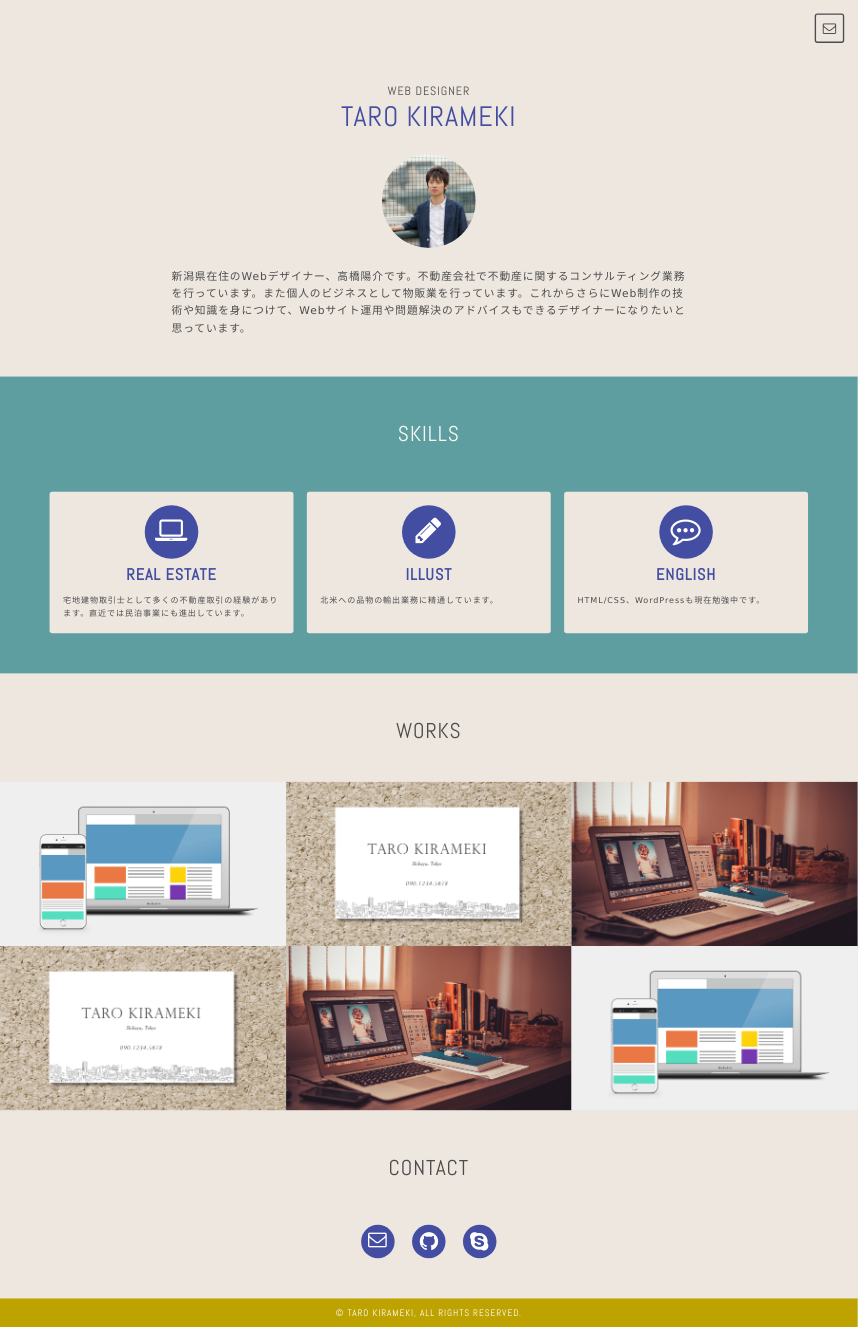
Repository: ysktkhs/responsive-site
Page: environment/portfolio/index.html
The author's editor kept a record of every edit. The page is drawn from the files as they stood at one moment, then again after the next edit.
The browser window is 1280 px wide. The pictures show the whole page, at 67% of full size.
Some web libraries are served in a nearby version.

Above is the page before.

### environment/portfolio/index.html
<!DOCTYPE html>
<html lang="ja">

<head>
    <meta charset="utf-8">
    <title>Web Designer - Yosuke Takahashi</title>
    <meta name="description" content="Webデザイナー 高橋陽介のポートフォリオサイトです。東京を中心に活動しています。">
    <meta name="keywords" content="Web, デザイン, デザイナー, ポートフォリオ, Web制作">
    <link rel="stylesheet" href="https://cdnjs.cloudflare.com/ajax/libs/meyer-reset/2.0/reset.css">
    <link rel="stylesheet" href="./css/style.css">
    <link rel="stylesheet" href="https://maxcdn.bootstrapcdn.com/font-awesome/4.7.0/css/font-awesome.min.css">
</head>

<body>
    <header>
        <a href="#contact" class="button-contact"><i class="fa fa-envelope-o" aria-label="お問い合わせ"></i></a>
        <div class="profile">
            <h1 class="site-title abel uppercase text-center">Web Designer <span>Taro Kirameki</span></h1>
            <img src="./images/img_profile.jpg" alt="プロフィール写真" width="140" height="140" class="block-center profile-icon">

            <p>新潟県在住のWebデザイナー、高橋陽介です。不動産会社で不動産に関するコンサルティング業務を行っています。また個人のビジネスとして物販業を行っています。これからさらにWeb制作の技術や知識を身につけて、Webサイト運用や問題解決のアドバイスもできるデザイナーになりたいと思っています。</p>
        </div>
    </header>
    <main>
        <section id="skills">
            <h2 class="text-center">Skills</h2>
            <div class="container">
                <div class="skill-box">
                    <i aria-hidden="true" class="skill-icon fa fa-laptop"></i>
                    <h3 class="text-center">Real Estate</h3>
                    <p>宅地建物取引士として多くの不動産取引の経験があります。直近では民泊事業にも進出しています。</p>
                </div>
                <div class="skill-box">
                    <i aria-hidden="true" class="skill-icon fa fa-pencil"></i>
                    <h3 class="text-center">Illust</h3>
                    <p>北米への品物の輸出業務に精通しています。</p>
                </div>
                <div class="skill-box">
                    <i aria-hidden="true" class="skill-icon fa fa-commenting-o"></i>
                    <h3 class="text-center">English</h3>
                    <p>HTML/CSS、WordPressも現在勉強中です。</p>
                </div>

            </div>
        </section>
        <section id="works">
            <h2 class="text-center">Works</h2>
            <div class="works-box">
                <a href="#">
                <img src="./images/img_work_site.png" alt="株式会社きらめき コーポレートサイト様 Webサイトデザイン">
                <div class="works-box-inner">
                    <div class="text-center">
                        <h3>株式会社きらめき コーポレートサイト</h3>
                        <small>2016.04.20</small>
                        <span class="button-readmore">Read More</span>
                    </div>
                </div>
            </a>
            </div>
            <div class="works-box">
                <a href="#">
                <img src="./images/img_work_card.jpg" alt="きらめき太郎様 名刺デザイン">
                <div class="works-box-inner">
                    <div class="text-center">
                        <h3>きらめき太郎様 名刺</h3>
                        <small>2016.04.20</small>
                        <span class="button-readmore">Read More</span>
                    </div>
                </div>
            </a>
            </div>
            <div class="works-box">
                <a href="#">
                <img src="./images/img_work_blog.jpg" alt="WordPressオリジナルテーマ">
                <div class="works-box-inner">
                    <div class="text-center">
                        <h3>ブログデザイン</h3>
                        <small>2016.04.20</small>
                        <span class="button-readmore">Read More</span>
                    </div>
                </div>
            </a>
            </div>
            <div class="works-box">
                <a href="#">
                <img src="./images/img_work_card.jpg" alt="きらめき太郎様 名刺デザイン">
                <div class="works-box-inner">
                    <div class="text-center">
                        <h3>きらめき太郎様 名刺</h3>
                        <small>2016.04.20</small>
                        <span class="button-readmore">Read More</span>
                    </div>
                </div>
            </a>
            </div>
            <div class="works-box">
                <a href="#">
                <img src="./images/img_work_blog.jpg" alt="WordPressオリジナルテーマ">
                <div class="works-box-inner">
                    <div class="text-center">
                        <h3>ブログデザイン</h3>
                        <small>2016.04.20</small>
                        <span class="button-readmore">Read More</span>
                    </div>
                </div>
            </a>
            </div>
            <div class="works-box">
                <a href="#">
                <img src="./images/img_work_site.png" alt="株式会社きらめき コーポレートサイト様 Webサイトデザイン">
                <div class="works-box-inner">
                    <div class="text-center">
                        <h3>株式会社きらめき コーポレートサイト</h3>
                        <small>2016.04.20</small>
                        <span class="button-readmore">Read More</span>
                    </div>
                </div>
            </a>
            </div>

        </section>
        <section id="contact">
            <h2 class="text-center">Contact</h2>
            <ul>
          <li><a href="mailto:xxx@techacademy.jp"><i aria-label="メール" class="fa fa-envelope-o"></i></a></li>
          <li class="github"><a href="#"><i aria-label="GitHub" class="fa fa-github"></i></a></li>
          <li class="skype"><a href="#"><i aria-label="Skype" class="fa fa-skype"></i></a></li>
        </ul>
        </section>
    </main>
    <footer>
         <small class="text-center abel uppercase">&copy; Taro Kirameki, All Rights Reserved.</small>
    </footer>
</body>

</html>

### environment/portfolio/css/style.css
/* 文字コードの指定
------------------------------------------------------------*/
@charset "UTF-8";

/* Google Fonts用のCSSを読み込み
------------------------------------------------------------*/
@import 'https://fonts.googleapis.com/css?family=Abel';
body {
    font-family: 'Abel', sans-serif;
}
html
{
    font-size: 62.5%; /* ベースとなるフォントサイズの定義 */
}

body
{
    font-family: '游ゴシック', YuGothic, 'メイリオ', Verdana, 'Hiragino Kaku Gothic ProN', Meiryo, sans-serif; /* フォントの種類 */
    font-size: 1.4rem; /* フォントサイズ */
    line-height: 1.6; /* 行間 */

    letter-spacing: .1em;　/* 文字間隔 */

    color: #4c4c4c; /* 文字色 */
    background-color: #eee7e0; /* 背景色 */
}
html /* root */
{
    font-size: 62.5%; /* =10px =100% */
}

body {
 /* すべて14px
------------------------------------------------------------*/
    font-size: 14px;
    font-size: 140%;
    font-size: 1.4em;
    font-size: 1.4rem;
}

h1 {
    font-size: 20px; /* そのまま20px */
    font-size: 200%; /* 親要素bodyの14pxを基準に200% =28px */
    font-size: 2em; /* 親要素bodyの14pxを基準に2倍 =28px */
    font-size: 2rem; /* rootの10pxを基準に2倍 =20px */
}

div {
    font-size: 12px; /* そのまま12px */
    font-size: 120%; /* 親要素bodyの14pxを基準に120% =16.8px(約17px) */
    font-size: 1.2em; /* 親要素bodyの14pxを基準に1.2倍 =16.8px(約17px) */
    font-size: 1.2rem; /* rootの10pxを基準に1.2倍 =12px */
}
div p {
    font-size: 12px; /* そのまま12px */
    font-size: 120%; /* 親要素divの17pxを基準に120% =20.4px(約20px) */
    font-size: 1.2em; /* 親要素divの17pxを基準に1.2倍 =20.4px(約20px) */
    font-size: 1.2rem; /* rootの10pxを基準に1.2倍 =12px */
}
body {
    color: #4c4c4c; /* 文字色 */
    background-color: #eee7e0; /* 背景色 */
}
.button-contact
{
    font-size: 20px; /* フォントサイズ */
    line-height: 0; /* 行の高さ */

    display: block; /* ブロック要素のように扱う */
    float: right; /* 要素を右寄せ */

    width: 20px; /* 幅 */
    height: 20px; /* 高さ */
    margin: 20px 20px 0 0; /* 要素の外側の余白 */
    padding: 10px; /* 要素の内側の余白 */

    text-align: center; /* テキストの中央寄せ */

    color: #4c4c4c; /* 文字色 */
    border: 2px solid #4c4c4c; /* ボーダー */
    -webkit-border-radius: 4px; /* 角丸 */
       -moz-border-radius: 4px;
            border-radius: 4px;
}
.uppercase,
section h2,
#skills h3,
#works .works-box a .works-box-inner .button-readmore
{
    text-transform: uppercase;
}
.text-center {
    text-align: center;
}
.abel {
    font-family: 'Abel', sans-serif; /* Google Fontsの指定 */
}


header .profile
{
    clear: both; /* 上のメールボタンのfloatを解除 */

    width: 60%;
    margin: 0 auto; /* ボックスを中央寄せ */
    padding: 60px 0;
}
header .site-title
{
    font-size: 1.8rem;
    line-height: normal;
}
header .site-title span
{
    font-size: 4.2rem;

    display: block;

    color: #434da2;
}
.block-center {
    display: block;
    margin-left: auto;
    margin-right: auto;
}


header .profile-icon
{
    margin: 30px auto;

    -webkit-border-radius: 50%;
       -moz-border-radius: 50%;
            border-radius: 50%;
}
header p
{
    font-size: 1.6rem;
}
section
{
    padding: 60px 0; /* section要素の余白を上下60pxで揃える */
}
section .container
{
    width: 90%; /* sectionの中のインナーボックスをウィンドウ幅に対して90%に */
}
section h2
{
    font-size: 3.2rem;/* section要素見出しを32pxで揃える */
}
.block-center,
section .container
{
    display: block;

    margin-right: auto;
    margin-left: auto;
}

.abel,
section h2
{
    font-family: 'Abel', sans-serif;
}

.uppercase,
section h2
{
    text-transform: uppercase;
}
#skills
{
    background-color: #5f9ea0;
}
#skills .container
{
    display: -webkit-flex;
    display:         flex;

    justify-content: space-between;
}
#skills h2
{
    margin-bottom: 60px;
    color: #fdfcf6;
}
#skills .skill-box
{
    -webkit-box-sizing: border-box;
       -moz-box-sizing: border-box;
            box-sizing: border-box;
    -webkit-flex: 1;
            flex: 1;
    margin: 0px 10px;
    padding: 20px;

    -webkit-border-radius: 4px;
       -moz-border-radius: 4px;
            border-radius: 4px;
    background-color: #eee7e0;
}
#skills i
{
    font-size: 4.5rem;

    -webkit-box-sizing: border-box;
       -moz-box-sizing: border-box;
            box-sizing: border-box;
    width: 80px;
    height: 80px;
    margin-bottom: 5px;
    padding-top: 15px;

    text-align: center;

    color: #fff;
    -webkit-border-radius: 50%;
       -moz-border-radius: 50%;
            border-radius: 50%;
    background-color: #434da2;
}
#skills h3
{
    font-size: 2.4rem;
    font-weight: bold;

    margin-bottom: 10px;

    color: #434da2;
}
.block-center,
section .container,
#skills i
{
    display: block;

    margin-right: auto;
    margin-left: auto;
}
#works
{
    padding-bottom: 0;
}

#works h2
{
    margin-bottom: 50px;
}

#works .works-box
{
    float: left;

    width: 33.33333%;
    height: 100%;
}

#works::after
{
    display: block;
    clear: both;

    content: '';
}
#works .works-box a
{
    position: relative;

    display: block;
}
#works .works-box a .works-box-inner
{
    position: absolute;
    top: 0;
    left: 0;

    display: none;

    height: 100%;

    color: #fff;
    background-color: rgba(0, 0, 0, .7);
}
#works .works-box a .works-box-inner div
{
    position: absolute;
    top: 0;
    right: 0;
    bottom: 0;
    left: 0;

    height: 40%;
    margin: auto;
    padding: 10px 20px;
}
#works .works-box a .works-box-inner h3
{
    font-size: 1.6rem;
    font-weight: bold;

    margin: 0 0 5px;
}
#works .works-box a .works-box-inner small
{
    font-size: 1rem;

    display: block;

    margin-bottom: 15px;
}
#works .works-box a .works-box-inner .button-readmore
{
    font-size: 1rem;
    font-weight: bold;

    display: block;

    width: 180px;
    margin: auto;
    padding: 5px 0;

    text-align: center;

    color: #fff;
    -webkit-border-radius: 4px;
       -moz-border-radius: 4px;
            border-radius: 4px;
    background-color: #434da2;
}
#works .works-box img
{
    display: block;

    max-width: 100%;
}
.abel,
section h2,
#skills h3,
#works .works-box a .works-box-inner .button-readmore
{
    font-family: 'Abel', sans-serif;
}

.uppercase,
section h2,
#skills h3,
#works .works-box a .works-box-inner .button-readmore
{
    text-transform: uppercase;
}
#works .works-box a:hover .works-box-inner
{
    display: block;

    width: 100%;
}

#works .works-box a .works-box-inner .button-readmore:hover
{
    background-color: #0f949b;
}
#contact ul
{
    margin-top: 60px;

    text-align: center;
}
#contact ul li
{
    font-size: 2.8rem;

    display: inline-block;

    -webkit-box-sizing: border-box;
       -moz-box-sizing: border-box;
            box-sizing: border-box;
    margin-right: 20px;

    text-align: center;
    vertical-align: top;
}
#contact ul li:last-child
{
    margin-right: 0;
}
#contact ul .github,
#contact ul .skype
{
    font-size: 3.2rem;
}
#contact ul .github i
{
    margin-left: 2px;
}
#contact ul a
{
    display: block;

    width: 50px;
    height: 50px;

    color: #fff;
    -webkit-border-radius: 50%;
       -moz-border-radius: 50%;
            border-radius: 50%;
    background-color: #434da2;
}
#contact ul a:hover
{
    background-color: #434da2;
}
footer
{
    padding: 10px 0;

    text-align: center;

    color: #fff;
    background-color: #bea300;
}

After the next edit:
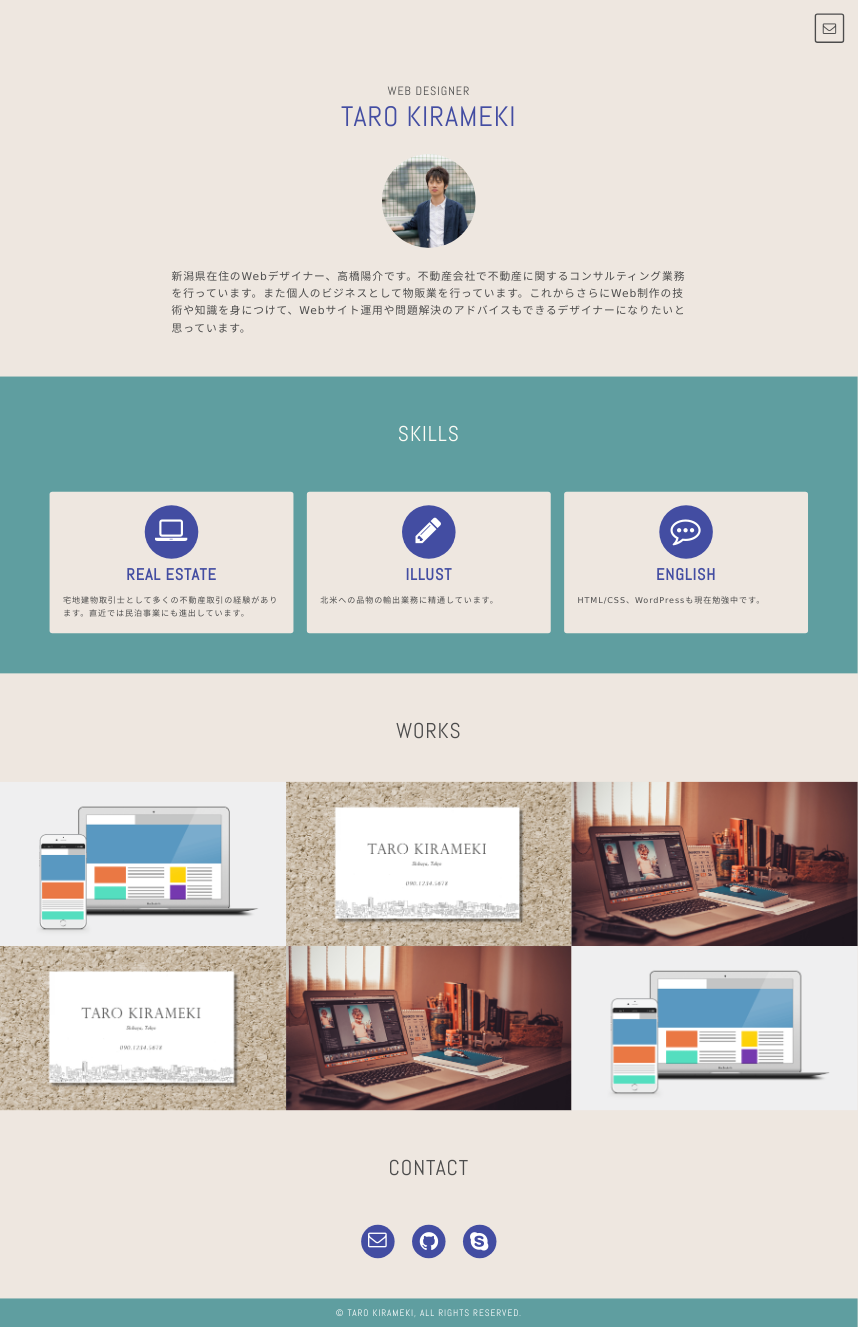
The edit:
--- a/environment/portfolio/css/style.css
+++ b/environment/portfolio/css/style.css
@@ -417,5 +417,5 @@
     text-align: center;
 
     color: #fff;
-    background-color: #bea300;
-}
+    background-color: #5f9ea0;
+}
